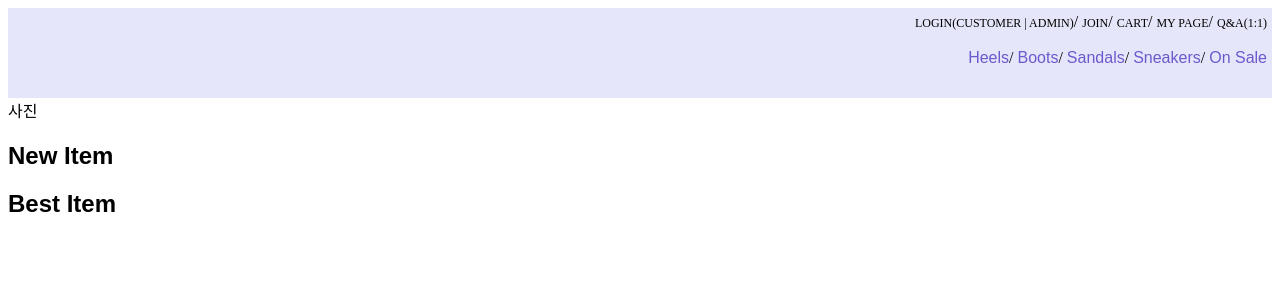
Repository: taeeun2/java_web
Page: http://localhost/webapp/include/Main.jsp
The author's editor kept a copy of each file at every save. The page is drawn from the files as they stood at one save, then again after the next save.
The browser window is 1280 px wide. The pictures show the whole page.
Some web fonts or font styles are not loaded; a fallback is used. The page is served by Tomcat 9.

Above is the page before, as saved 2021-09-28 07:57:52.

After the next save:
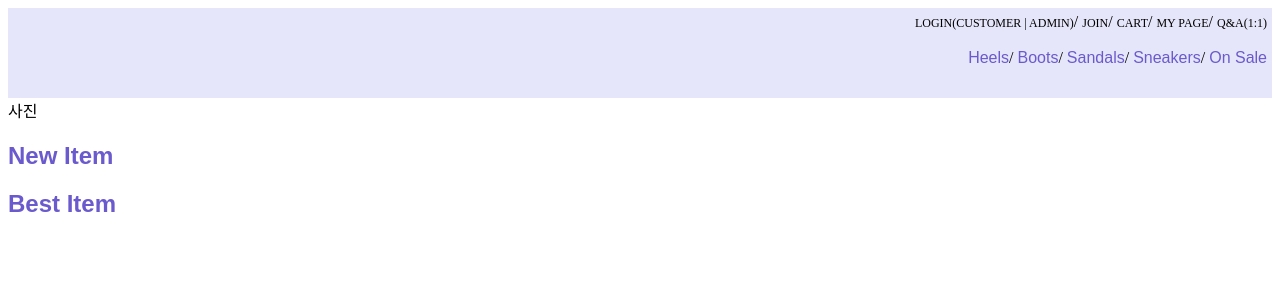
Saved 18 s later.
--- a/webapp/WebContent/include/Main.jsp
+++ b/webapp/WebContent/include/Main.jsp
@@ -10,6 +10,7 @@
 <title>Insert title here</title>
 <style>
 	h2{
+	color : slateblue;
 	font-family: 'Black Han Sans', sans-serif;
 	}
 </style>
